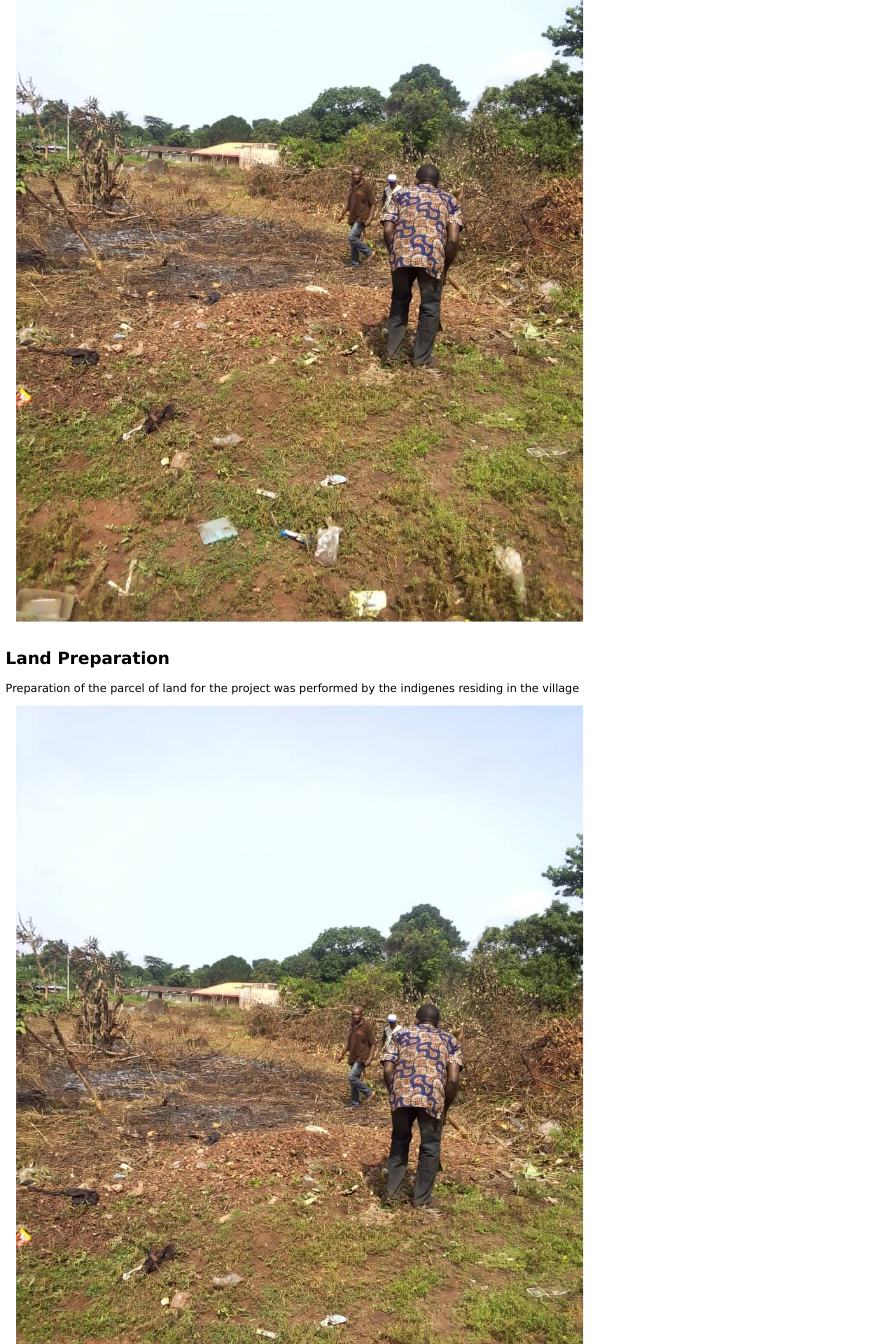
Repository: OtasowieRotimiOsifo/oheze-naka-forum
Page: projects_update_info.html
These files come from the project's save history. The page is drawn as it stood at one moment and after the next save; the edit follows.
The browser window is 1280 px wide. The pictures show the part of the page from y = 600 to 2520 px (the page is 2783 px tall), at 70% of full size.

Above is the page before, as saved 2021-07-23 23:36:37.

After the next save:
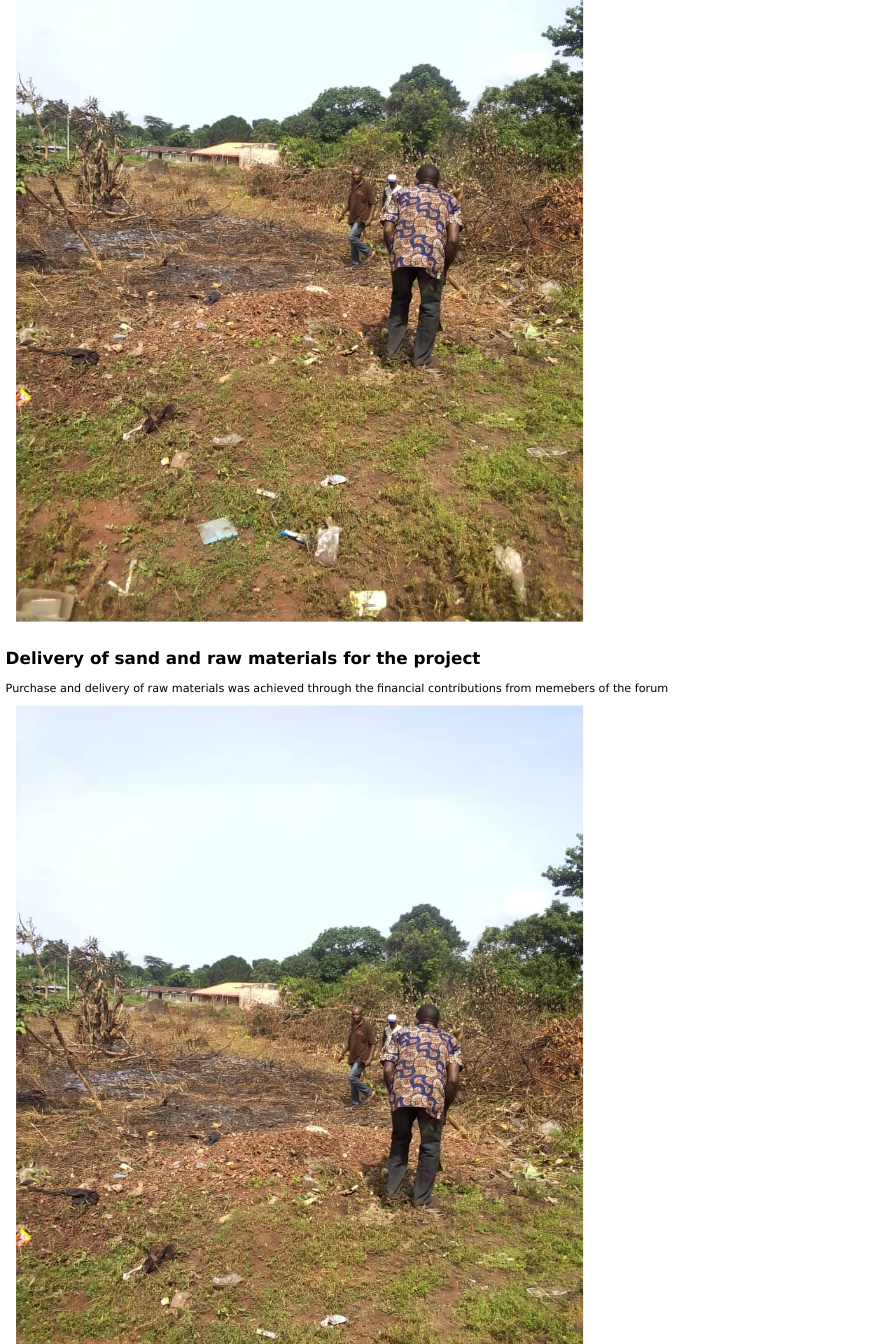
Saved 3 min 13 s later.
--- a/projects_update_info.html
+++ b/projects_update_info.html
@@ -126,8 +126,8 @@ html {
   </div>
   </div>
   <div class="row">
-    <h2>Land Preparation</h2>
-    <span>Preparation of the parcel of land for the project was performed by the indigenes residing in the village</span>
+    <h2>Delivery of sand and raw materials for the project</h2>
+    <span>Purchase and delivery of raw materials was achieved through the financial contributions from memebers of the forum</span>
     <div  class="col-12 col-s-12">
       <img src="project_updates/ground-preparation.jpeg"/>
   </div>
